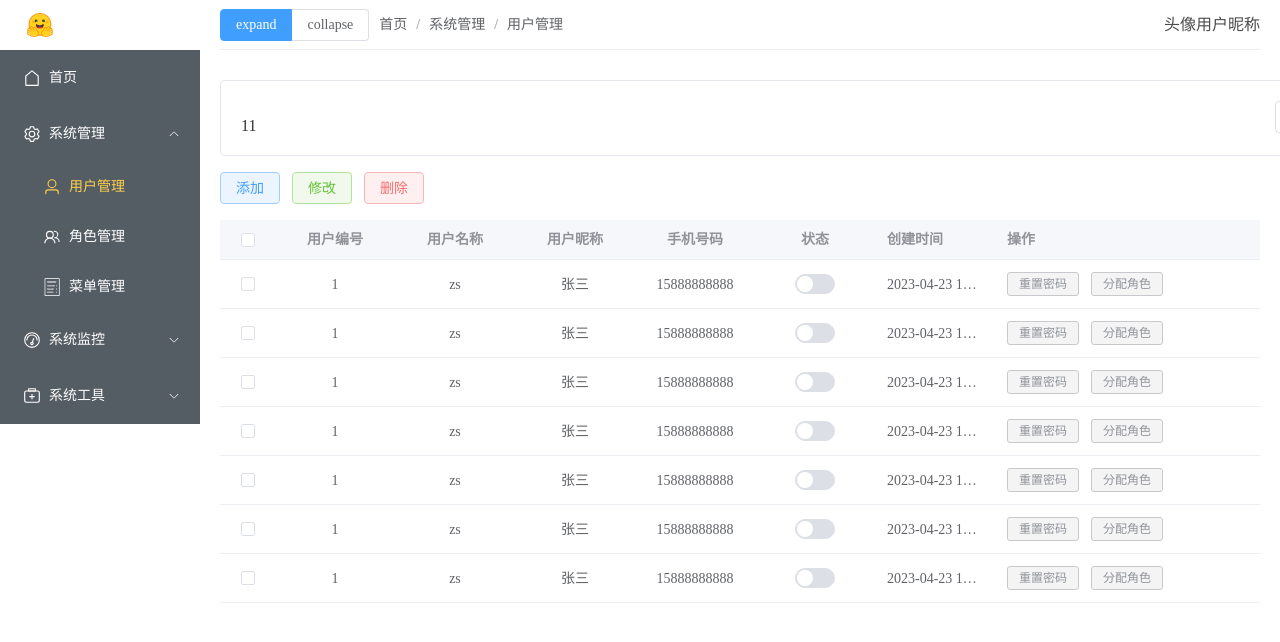
Repository: 202100202078/SignInBox
Page: /admin/system/user
The author's editor kept a copy of each file at every save. The page is drawn from the files as they stood at one save, then again after the next save.
The browser window is 1280 px wide. The pictures show the whole page.
The project was rebuilt for these pictures with package versions that can differ from the ones it lists, and the page was loaded fresh each time. Also part of the build but not shown: vite.config.js, src/components/FilterLayout.vue, src/components/PageFooter.vue, src/components/TableLayout.vue, src/components/ToolTip.vue, src/assets/fonts/iconfont/iconfont.js, src/assets/style/variables.module.scss.

Above is the page before, as saved 2024-01-30 11:46:36.

After the next save:
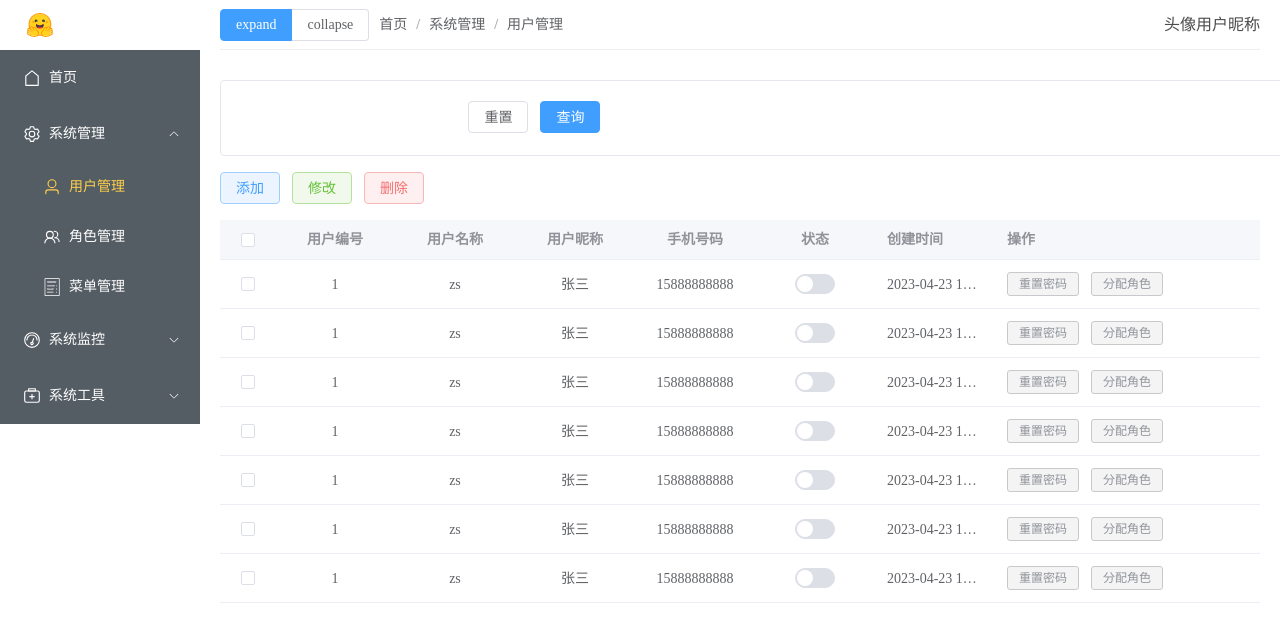
Saved 4 s later.
--- a/src/views/admin/system/UserManagement.vue
+++ b/src/views/admin/system/UserManagement.vue
@@ -188,7 +188,14 @@ const rules = {}
     </template>
   </MyDialog>
   <div class="user-managemant-page">
-    <FilterForm> 11 </FilterForm>
+    <FilterForm>
+      <el-form-item :label="label1" v-if="defaultShow1">
+        <el-input placeholder="请输入"></el-input>
+      </el-form-item>
+      <el-form-item :label="label2" v-if="defaultShow2">
+        <el-input placeholder="请输入"></el-input>
+      </el-form-item>
+    </FilterForm>
     <div class="user-managemant-page-btns">
       <el-button plain type="primary" @click="addUserFn">添加</el-button>
       <el-button plain type="success" @click="editUserFn">修改</el-button>
